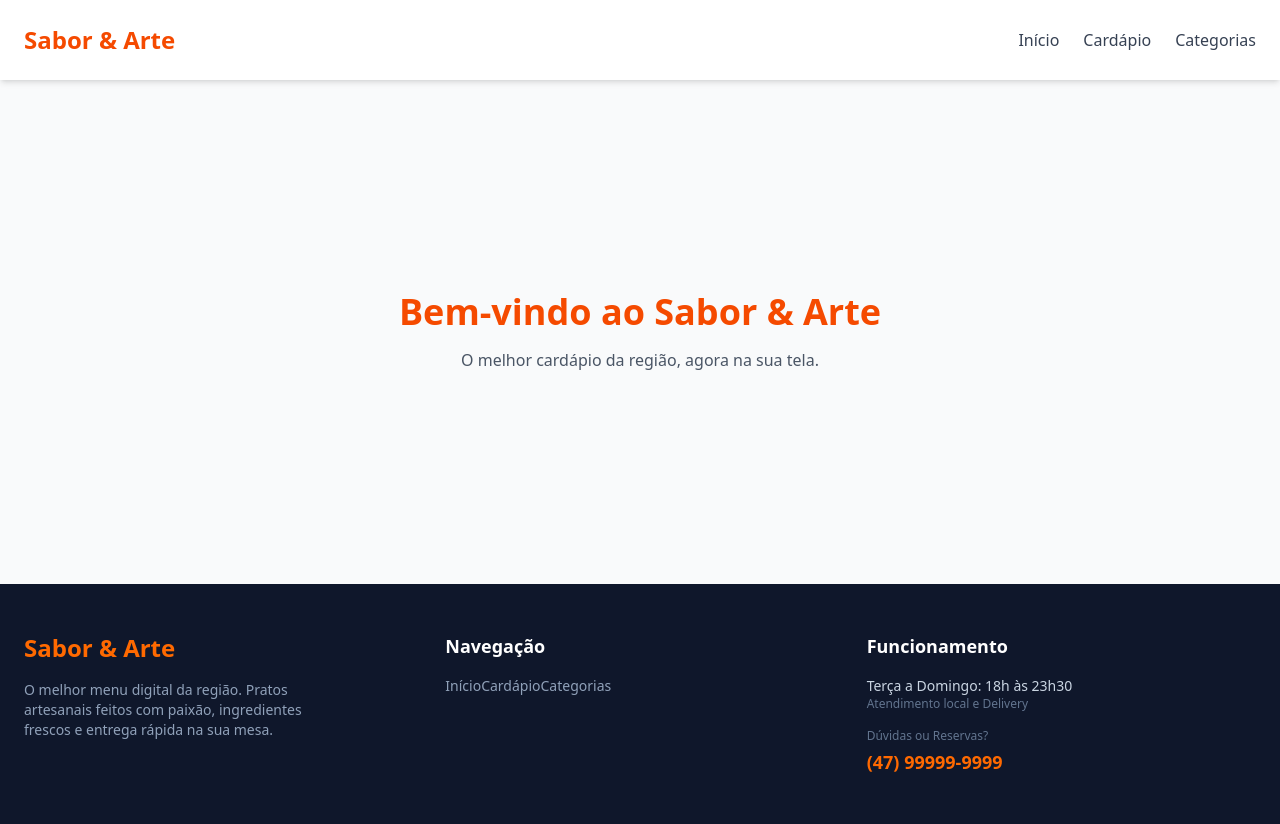
Repository: LuigiBLombardo/Next---Atividade
Page: / (app in sistema-cardapio/)
These files come from the project's save history. The page is drawn as it stood at one moment and after the next save; the edit follows.
The browser window is 1280 px wide. The pictures show the whole page.
The project was rebuilt for these pictures with package versions that can differ from the ones it lists, and the page was loaded fresh each time. The framework's server and built-in components were replaced by stand-ins that run in the browser. Also part of the build but not shown: sistema-cardapio/next.config.mjs.

Above is the page before, as saved 2026-09-04 19:55:02.

After the next save:
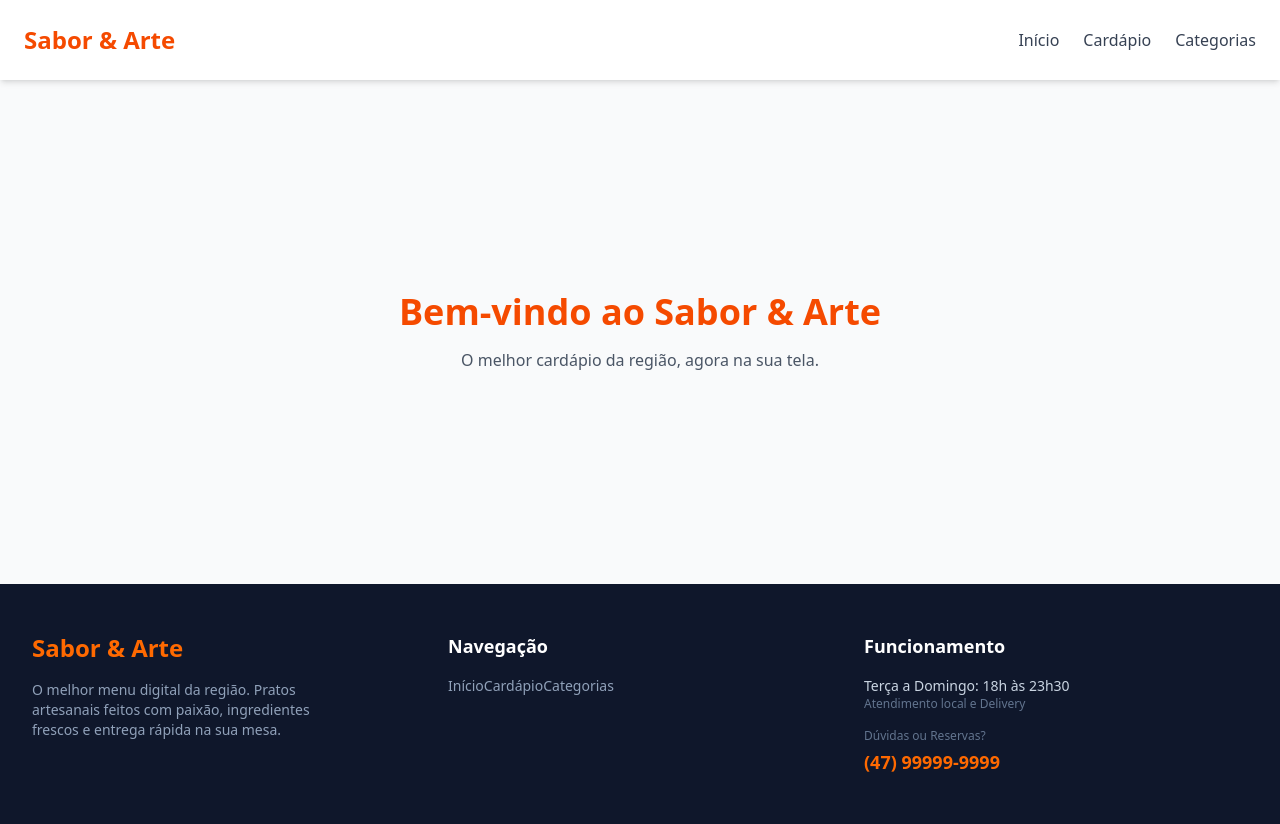
Saved 7 s later.
--- a/sistema-cardapio/src/components/Footer.js
+++ b/sistema-cardapio/src/components/Footer.js
@@ -4,7 +4,7 @@ export default function Footer(){
     return (
             <footer className="w-full bg-slate-900 text-slate-400 pt-12">
 
-                <div className="max-w-7xl mx-auto px-6 pb-12 grid grid-cols-1 md:grid-cols-3 gap-8 ">
+                <div className="max-w-7xl mx-auto px-8 pb-12 grid grid-cols-1 md:grid-cols-3 gap-8 ">
 
                     <div>
                         <h2 className="text-2xl font-bold text-orange-500 mb-4">
